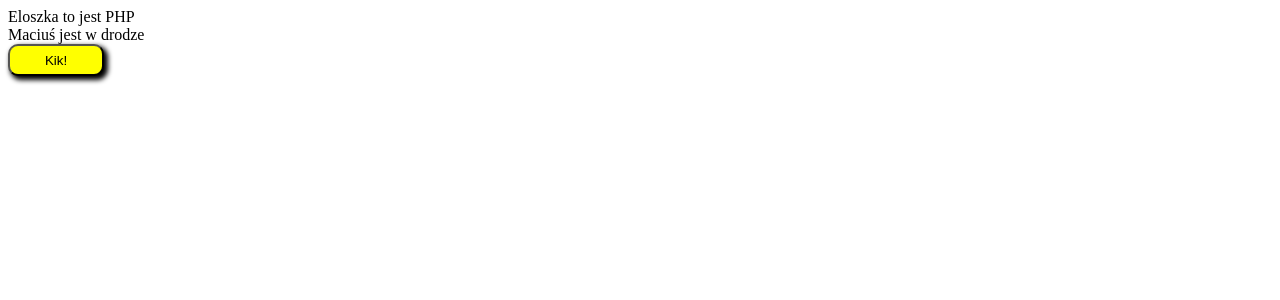
Repository: Nowacki97PL/PHPyt
Page: http://localhost/
The author's editor kept a copy of each file at every save. The page is drawn from the files as they stood at one save, then again after the next save.
The browser window is 1280 px wide. The pictures show the whole page.
The page is run by PHP 8.4 with error messages shown; the project is at /var/www/html/.

Above is the page before, as saved 2024-10-06 21:25:05.

After the next save:
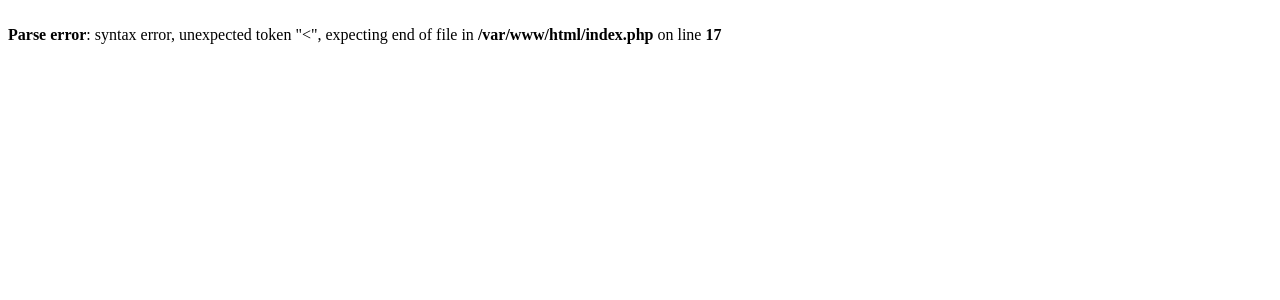
Saved 16 s later.
--- a/index.php
+++ b/index.php
@@ -1,15 +1,18 @@
 <?php
-echo "Eloszka to jest PHP<br>";
-echo "Maciuś jest w drodze";
+$name = "Michał";
+$food = " Pizza";
+$age = 21;
+$employed = true;
+$online = false;
 
-// This is a comment
+echo $name;
 
-/*
-This
-is a
-commnet */
+echo "<br>Hello {$name}";
+echo "<br>You like {$food}";
+echo "<br>You are $age years old";
 
-?>
+echo "<br>online status: $online";
+
 
 <!DOCTYPE html>
 <html lang="pl">

After the 2 saves that followed:
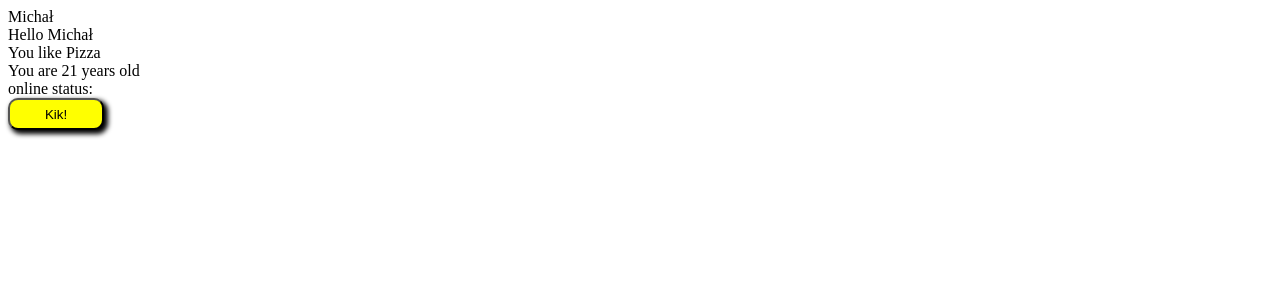
The 2 saves are shown as one change because they came seconds apart.
The last was saved 7 s later.
--- a/index.php
+++ b/index.php
@@ -12,18 +12,21 @@
 echo "<br>You are $age years old";
 
 echo "<br>online status: $online";
-
+?>
 
 <!DOCTYPE html>
 <html lang="pl">
+
 <head>
     <meta charset="UTF-8">
     <meta name="viewport" content="width=device-width, initial-scale=1.0">
     <title>PHP Practice</title>
     <link rel="stylesheet" href="index.css"
-</head>
+        </head>
+
 <body>
     <br>
     <button class="btn">Kik!</button>
 </body>
+
 </html>
